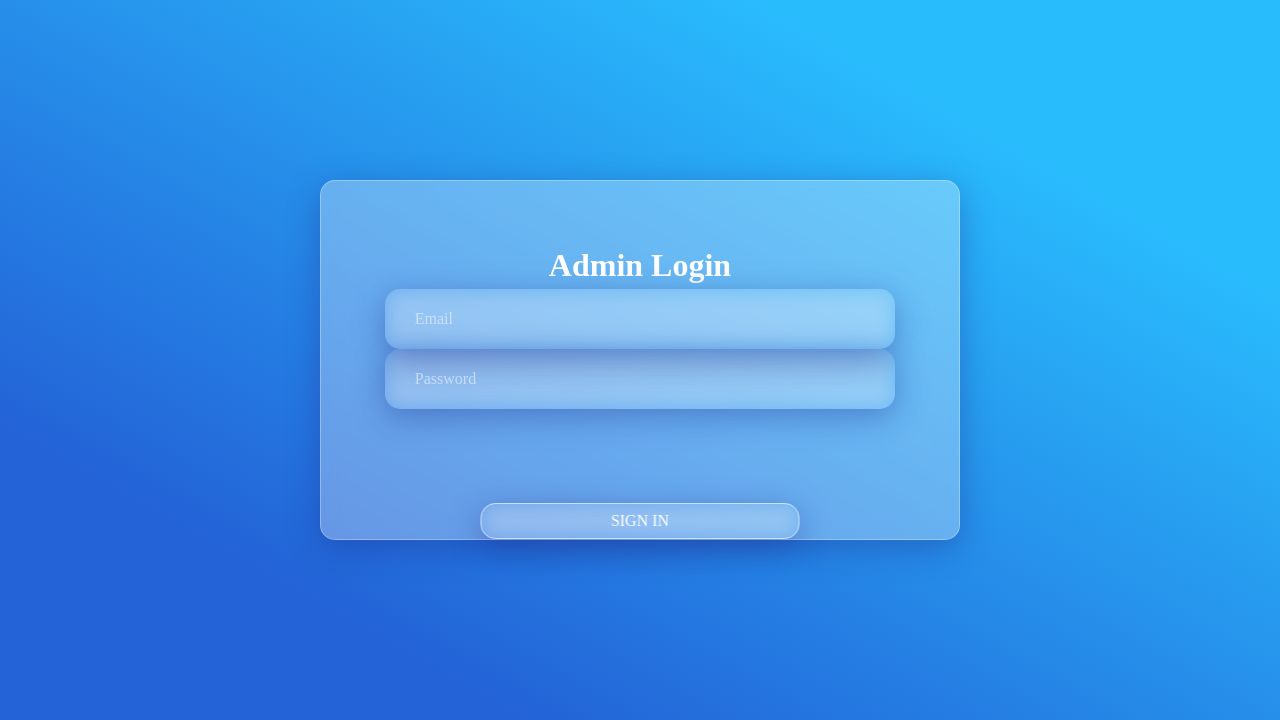
Repository: LEEYONGJUN3068/cms
Page: /login
These files come from the project's save history. The page is drawn as it stood at one moment and after the next save; the edit follows.
The browser window is 1280 px wide. The pictures show the whole page.
The page's requests for data from a server got no answer. The project was rebuilt for these pictures with package versions that can differ from the ones it lists, and the page was loaded fresh each time. The framework's server and built-in components were replaced by stand-ins that run in the browser. No one was signed in, and anything a server would have sent is missing. Also part of the build but not shown: next.config.mjs.

Above is the page before, as saved 2025-09-23 15:02:53.

After the next save:
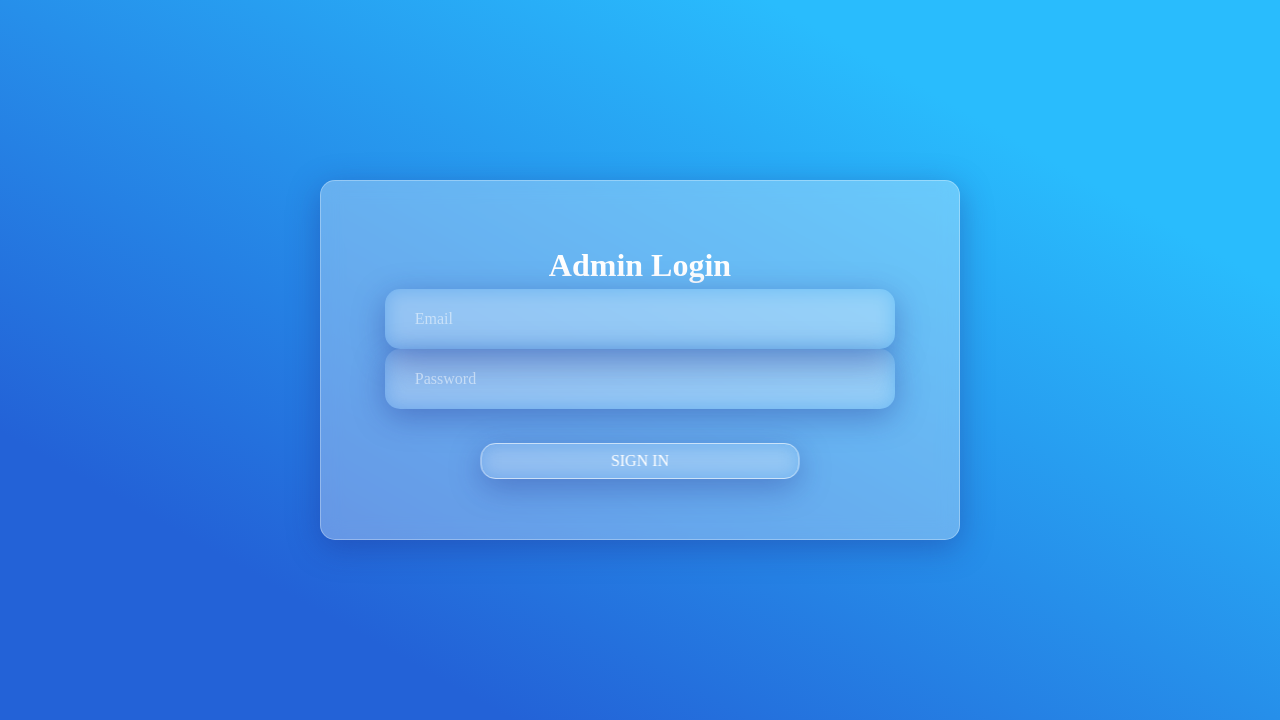
Saved 41 s later.
--- a/src/app/login/login.module.scss
+++ b/src/app/login/login.module.scss
@@ -53,7 +53,7 @@
         .loginBtn{
             position: absolute;
             left: 50%;
-            bottom: 0;
+            bottom: clamp(0px, 5vw, 60px);
             transform: translateX(-50%);
             display: flex;
             align-items: center;
